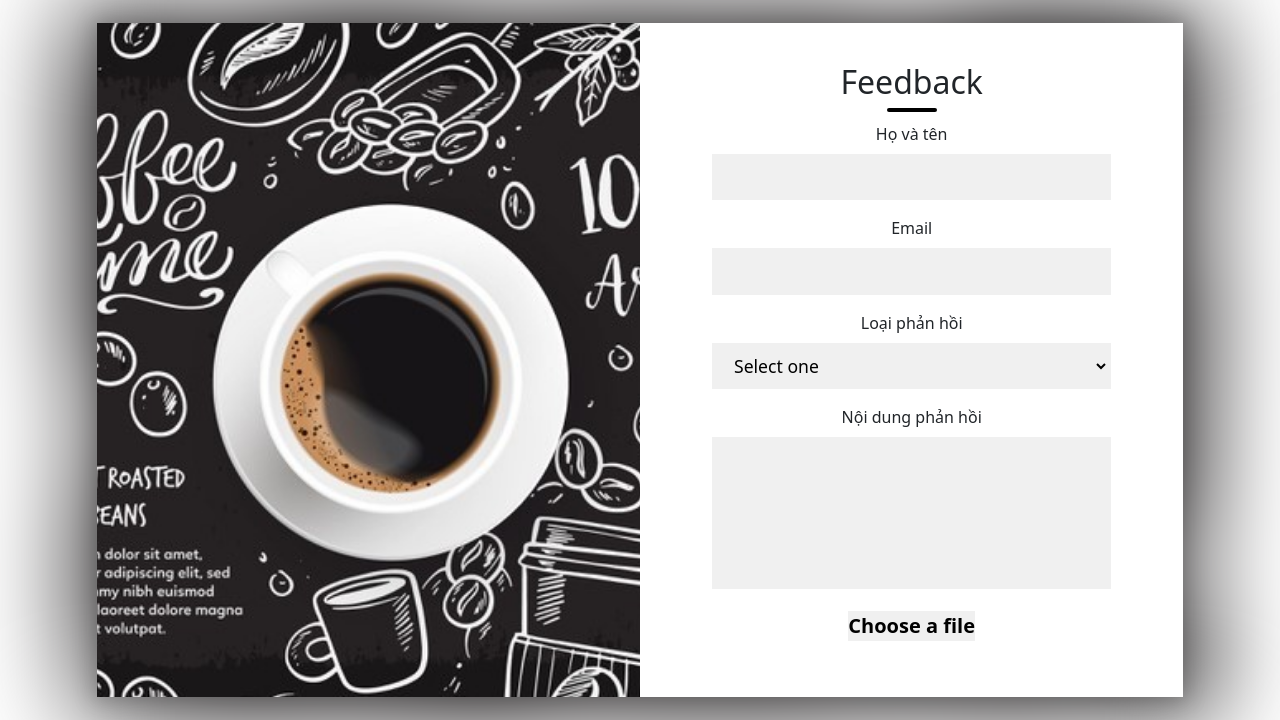
Repository: LeDongGyC/html-css
Page: HTML CSS/prototype/index.html
An editor plug-in stored every save of this project. The page is shown before and after a run of saves, followed by the edit.
The browser window is 1280 px wide. The pictures show the whole page.
The style sheet was rebuilt from its Sass, Less or Tailwind sources for each picture, by a compiler version that may differ from the author's.

Above is the page before, as saved 2023-05-24 10:27:34.

### HTML CSS/prototype/index.html
<!doctype html>
<html lang="en">

<head>
  <title>Title</title>
  <!-- Required meta tags -->
  <meta charset="utf-8">
  <meta name="viewport" content="width=device-width, initial-scale=1, shrink-to-fit=no">
  <link rel="stylesheet" href="style.css">
  <link rel="stylesheet" href="reset.css">
  <!-- <script src="index.js"></script> Bootstrap CSS v5.2.1 -->
  <script>
    var inputs = document.querySelectorAll('.inputfile');
    Array.prototype.forEach.call(inputs, function (input) {
      var label = input.nextElementSibling,
        labelVal = label.innerHTML;
      input.addEventListener('change', function (e) {
        var fileName = '';
        if (this.files && this.files.length > 1)
          fileName = (this.getAttribute('data-multiple-caption') || '').replace('{count}', this.files.length);
        else
          fileName = e.target.value.split('\\').pop();

        if (fileName)
          label.querySelector('span').innerHTML = fileName;
        else
          label.innerHTML = labelVal;
      });
    });
  </script>
  <link href="https://cdn.jsdelivr.net/npm/bootstrap@5.2.1/dist/css/bootstrap.min.css" rel="stylesheet"
    integrity="sha384-iYQeCzEYFbKjA/T2uDLTpkwGzCiq6soy8tYaI1GyVh/UjpbCx/TYkiZhlZB6+fzT" crossorigin="anonymous">

</head>

<body>
  <div class="container">
    <div class="feedback-box">
      <div class="feedback-box_left"></div>
      <div class="feedback-box_right">
        <h2 class="feedback-box_right-title">Feedback</h2>
        <div class="mb-3">
          <label for="name" class="form-label">Họ và tên</label>
          <input type="text" class=" feedback-box_right-item" name="" id="name" aria-describedby="helpId"
            placeholder="">
            <span class="text-danger"></span>
        </div>
        <div class="mb-3">
          <label for="email" class="form-label">Email</label>
          <input type="text" class=" feedback-box_right-item" name="" id="email" aria-describedby="helpId"
            placeholder="">
        </div>
        <div class="mb-3">
          <label for="" class="form-label">Loại phản hồi</label>
          <select class="feedback-box_right-item " name="" id="">
            <option selected disabled>Select one</option>
            <option value="" class="feedback-box_right-item-selected">Option 1</option>
            <option value="" class="feedback-box_right-item-selected">Option 2</option>
            <option value="" class="feedback-box_right-item-selected">Option 3</option>
          </select>
        </div>
        <div class="mb-3">
          <label for="feedback" class="form-label">Nội dung phản hồi</label>
          <textarea type="" class=" feedback-box_right-item" name="" id="feedback" aria-describedby="helpId"
            placeholder="" rows="5"></textarea>
        </div>
        <div class="mb-3">
          <input type="file" name="file" id="file" class="inputfile" data-multiple-caption="{count} files selected"
            multiple />
          <label for="file">Choose a file</label>
        </div>
      </div>
    </div>
  </div>
  <!-- Bootstrap JavaScript Libraries -->
  <!-- <script src="https://cdn.jsdelivr.net/npm/@popperjs/core@2.11.6/dist/umd/popper.min.js"
    integrity="sha384-oBqDVmMz9ATKxIep9tiCxS/Z9fNfEXiDAYTujMAeBAsjFuCZSmKbSSUnQlmh/jp3" crossorigin="anonymous">
    </script>

  <script src="https://cdn.jsdelivr.net/npm/bootstrap@5.2.1/dist/js/bootstrap.min.js"
    integrity="sha384-7VPbUDkoPSGFnVtYi0QogXtr74QeVeeIs99Qfg5YCF+TidwNdjvaKZX19NZ/e6oz" crossorigin="anonymous">
    </script> -->
</body>

</html>

### HTML CSS/prototype/style.scss
* {
  box-sizing: border-box;
}
html {
  font-size: 62.5%;
}
body {
  font-size: 1.6rem;
  font-family: "Arial", sans-serif;
  font-weight: normal;
  height: 100vh;
  width: 100%;
}
.container {
  position: relative;
  width: 100%;
  height: 100%;
  display: flex;
  justify-content: center;
  align-items: center;
  padding: 2rem 10rem;
  &::after {
    content: "";
    position: absolute;
    width: 100%;
    height: 100%;
    left: 0;
    top: 0;
    background: url("cafe.jpg") no-repeat center;
    background-size: cover;
    filter: blur(50px);
    z-index: -1;
  }
}
.feedback-box {
  max-width: 850rem;
  // min-width: 70vw;
  display: grid;
  grid-template-columns: repeat(2, 1fr);
  justify-content: center;
  align-items: center;
  text-align: center;
  background-color: #fff;
  box-shadow: 0px 0px 19px 5px rgba(0, 0, 0, 0.19);
  &_left {
    background: url("cafe.jpg") no-repeat center;
    display: block;
    background-size: cover;
    // object-fit: cover;
    height: 100%;
  }
  &_right {
    padding: 2.5rem 4.5rem;
    &-title {
      position: relative;
      padding: 0 0 10px;
      margin-bottom: 10px;
      &::after {
        content: "";
        position: absolute;
        left: 50%;
        bottom: 0;
        transform: translateX(-50%);
        height: 4px;
        width: 50px;
        border-radius: 2px;
        background-color: black;
      }
    }
    &-item {
      width: 100%;
      border: 2px solid rgba(0, 0, 0, 0);
      outline: none;
      background-color: rgba(230, 230, 230, 0.6);
      padding: 0.5rem 1rem;
      font-size: 1.1rem;
      //   margin-bottom: 22px;
      transition: 0.3s;
      &:hover {
        background-color: rgba(0, 0, 0, 0.1);
      }
      &:focus {
        border: 2px solid rgba(30, 85, 250, 0.47);
        background-color: #fff;
      }
      &:last-child {
        resize: none;
      }
    }
  }
}
.inputfile {
	width: 0.1px;
	height: 0.1px;
	opacity: 0;
	overflow: hidden;
	position: absolute;
	z-index: -1;
}
.inputfile + label {
    font-size: 1.25em;
    font-weight: 700;
    color: black;
    background-color: rgba(230, 230, 230, 0.6);
    display: inline-block;
    cursor: pointer;
}

.inputfile:focus + label,
.inputfile + label:hover {
  color: rgba(30, 85, 250, 0.47);
  background-color: rgba(0, 0, 0, 0.1);
}

Loaded but not shown: HTML CSS/prototype/reset.css (common file)

After the next 2 saves:
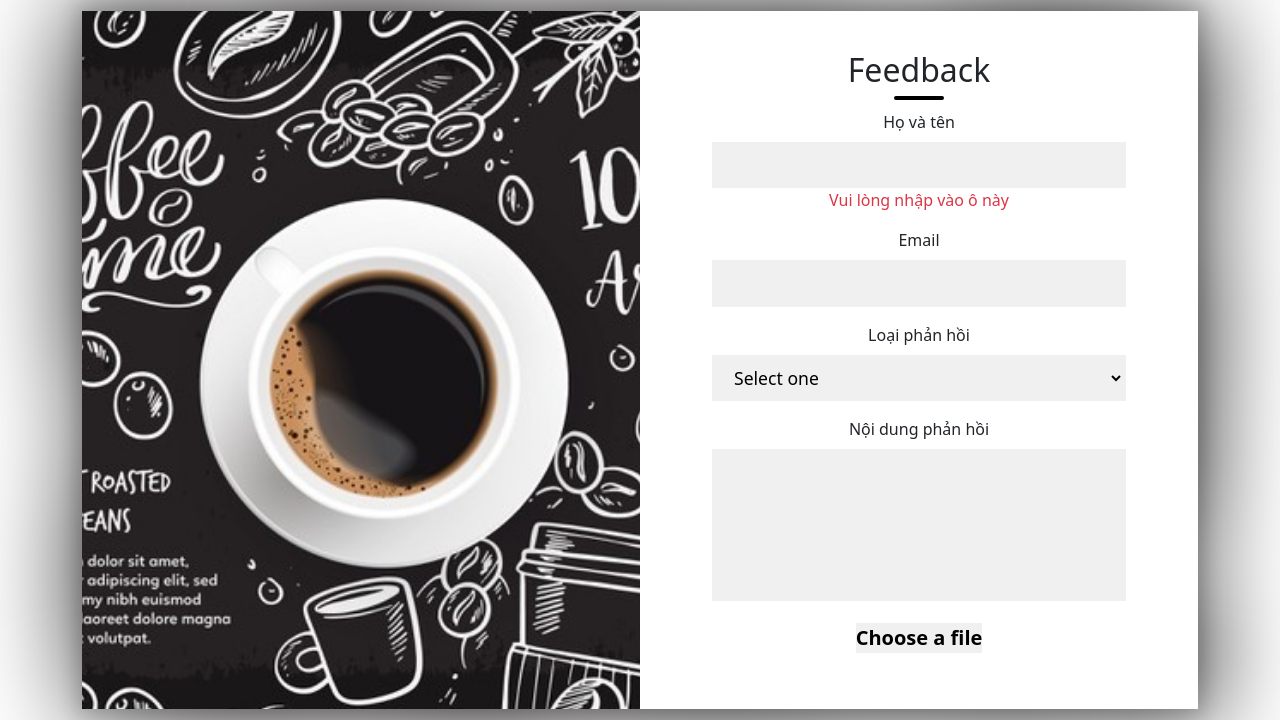
The 2 saves are shown as one change because they came seconds apart.
The last was saved 10 s later.
--- a/HTML CSS/prototype/index.html
+++ b/HTML CSS/prototype/index.html
@@ -43,7 +43,7 @@
           <label for="name" class="form-label">Họ và tên</label>
           <input type="text" class=" feedback-box_right-item" name="" id="name" aria-describedby="helpId"
             placeholder="">
-            <span class="text-danger"></span>
+            <span class="text-danger">Vui lòng nhập vào ô này</span>
         </div>
         <div class="mb-3">
           <label for="email" class="form-label">Email</label>
